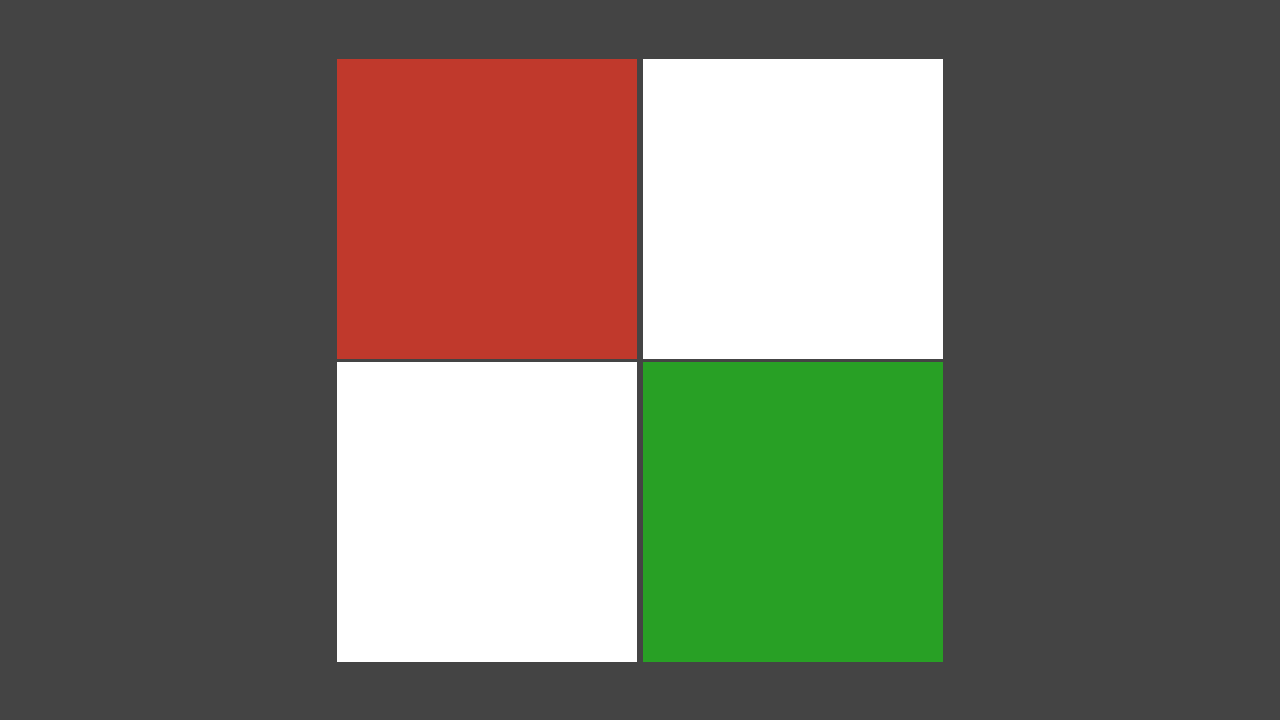
Repository: Mira757/Projeto-Porta-Premiada
Page: /
The author's editor kept a copy of each file at every save. The page is drawn from the files as they stood at one save, then again after the next save.
The browser window is 1280 px wide. The pictures show the whole page.
The project was rebuilt for these pictures with package versions that can differ from the ones it lists, and the page was loaded fresh each time. The framework's server and built-in components were replaced by stand-ins that run in the browser. Also part of the build but not shown: next.config.js.

Above is the page before, as saved 2022-03-22 18:35:49.

### pages/index.tsx
import styles from "../styles/Formulario.module.css"
import Cartao from "../components/Cartao"

export default function Formulario () {
  return (
    <div className={styles.formulario}>
    <div>
      <Cartao bgcolor="#c0392c"></Cartao>
      <Cartao></Cartao>
    </div>
    <div>
      <Cartao></Cartao>
      <Cartao bgcolor="#28a025"></Cartao>
    </div>
    </div>
  )
}

### styles/globals.css
html,
body {
  padding: 0;
  margin: 0;
  font-family: -apple-system, BlinkMacSystemFont, Segoe UI, Roboto, Oxygen,
    Ubuntu, Cantarell, Fira Sans, Droid Sans, Helvetica Neue, sans-serif;
  background-color: #444;
  color: #fff;
}

a {
  color: inherit;
  text-decoration: none;
}

* {
  box-sizing: border-box;
}

### styles/Formulario.module.css
.formulario {
  display: flex;
  justify-content: center;
  align-items: center;
  height: 100vh;
}

### components/Cartao.tsx
import styles from "../styles/Cartao.module.css"

interface CartaoProps {
  bgcolor?: string
  children?: any
}

export default function Cartao(props) {
  return (
    <div className={styles.cartao} style={{
      backgroundColor: props.bgcolor ?? "#fff"
    }}>
      {props.children}
    </div>
  )
}

### styles/Cartao.module.css
.cartao {
  display: flex;
  width: 300px;
  height: 300px;
  color: #fff;
  font-size: 2rem;
  padding: 20px;
  margin: 3px;
}

Loaded but not shown: pages/_app.js (common file)

After the next save:
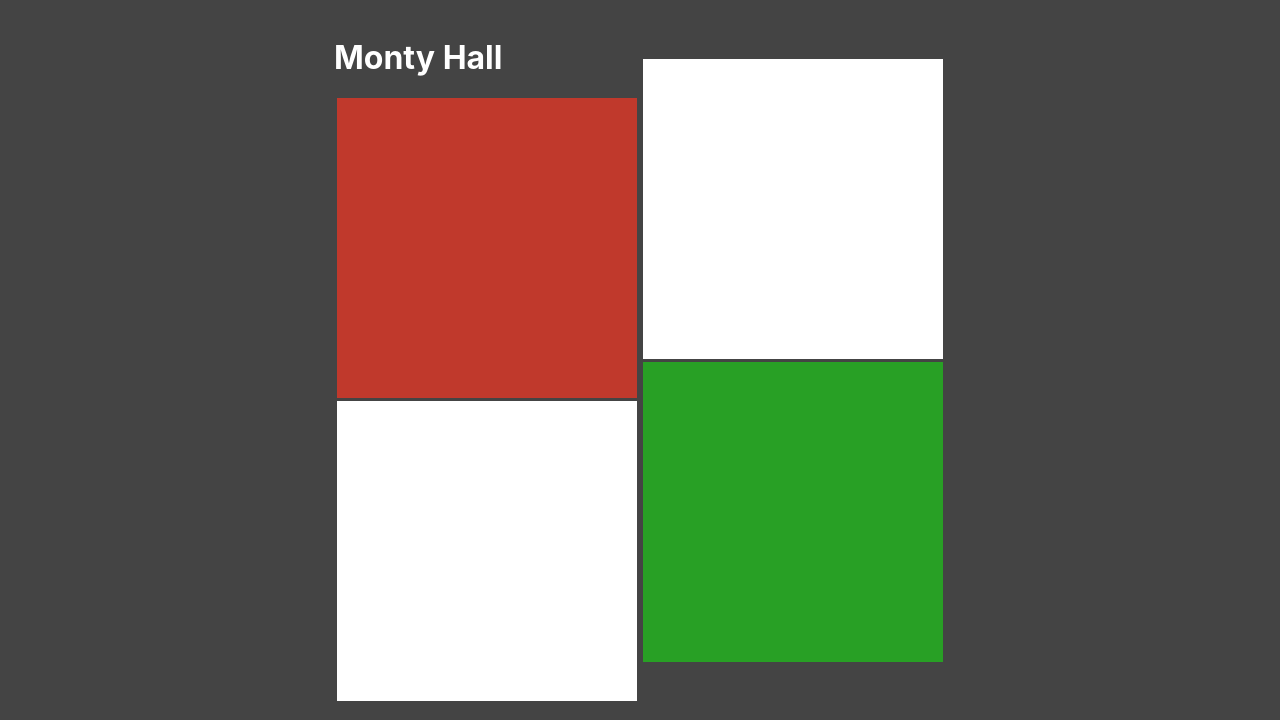
Saved 35 s later.
--- a/pages/index.tsx
+++ b/pages/index.tsx
@@ -5,6 +5,7 @@ export default function Formulario () {
   return (
     <div className={styles.formulario}>
     <div>
+      <h1>Monty Hall</h1>
       <Cartao bgcolor="#c0392c"></Cartao>
       <Cartao></Cartao>
     </div>
